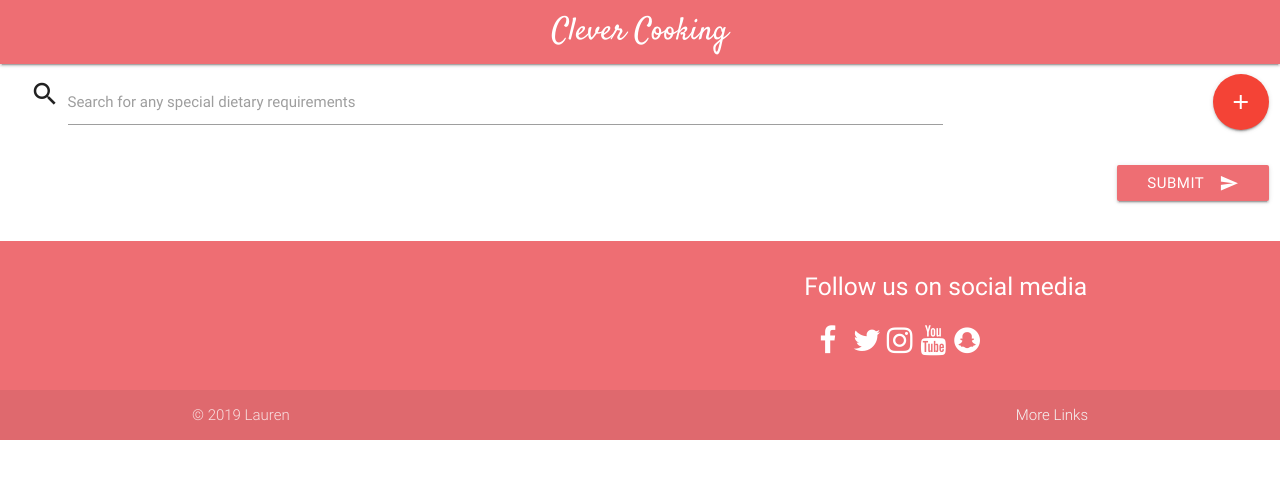
Repository: Code-Institute-Submissions/online-recipe-cookbook
Page: http://localhost/
The author's editor kept a record of every edit. The page is drawn from the files as they stood at one moment, then again after the next edit.
The browser window is 1280 px wide. The pictures show the whole page.
Some web libraries are served in a nearby version. The page is served by the project's application, run on Flask 3 (app.py). Queries for data that is not in the repository find no rows.

Above is the page before.

After the next edit:
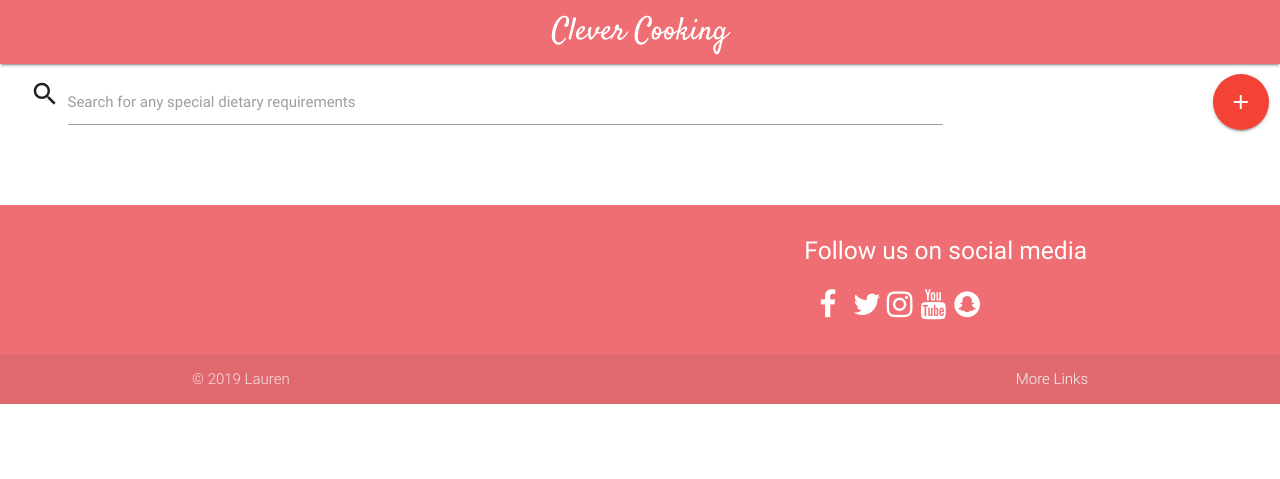
The edit:
--- a/templates/home.html
+++ b/templates/home.html
@@ -18,9 +18,7 @@
                 </div>
                 <a href="{{url_for('add_recipe')}}" class="btn-floating right-align btn-large waves-effect waves-light red" style="float: right; margin-top: 10px"><i class="material-icons">add</i></a>
               </div>
-              <button class="btn waves-effect waves-light right" type="submit" name="action">Submit
-                    <i class="material-icons right">send</i>
-                  </button>
+
               </form>
 
             </div>
